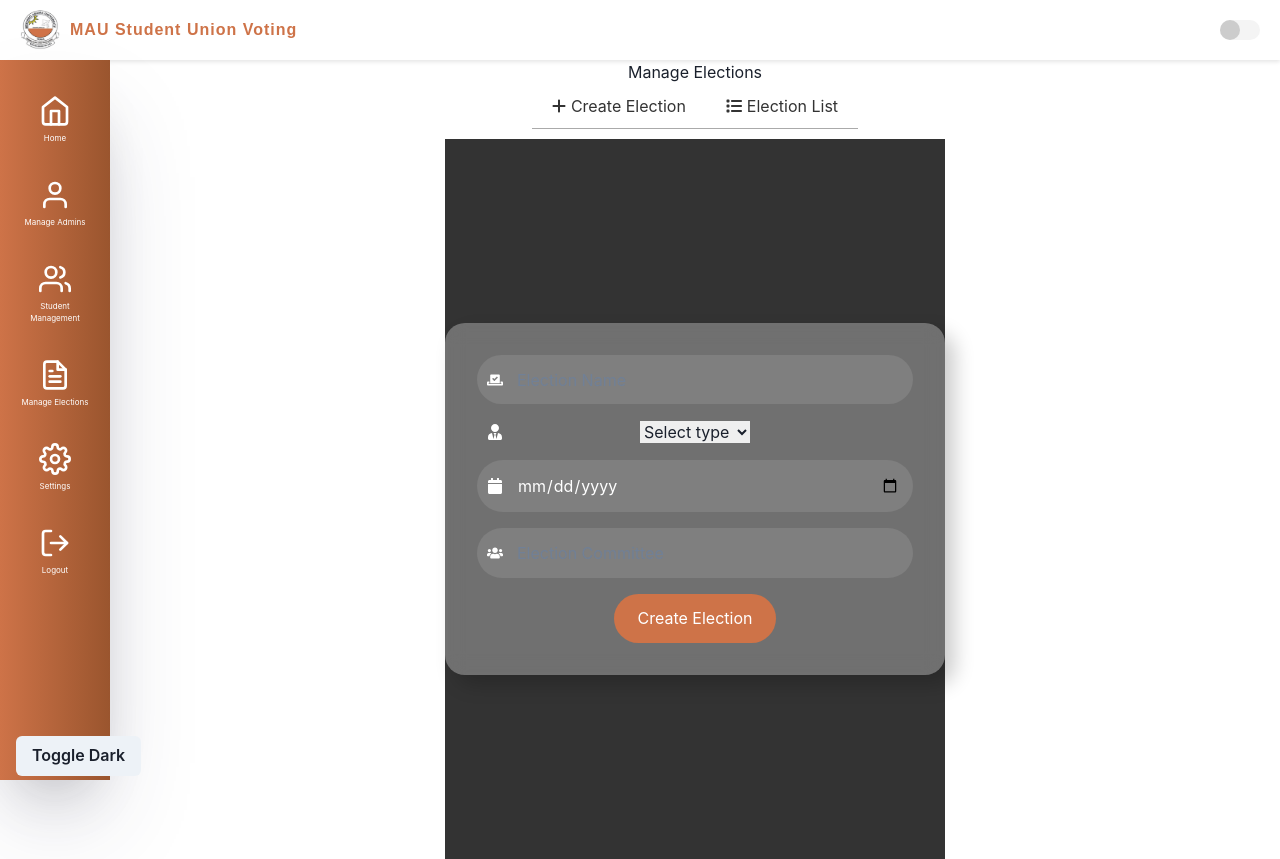
Repository: joena1o/e-vote
Page: /admin-dashboard/manage-elections
These files come from the project's save history. The page is drawn as it stood at one moment and after the next save; the edit follows.
The browser window is 1280 px wide. The pictures show the whole page.
The project was rebuilt for these pictures with package versions that can differ from the ones it lists, and the page was loaded fresh each time. Also part of the build but not shown: src/components/EnhancedLogin.js, src/components/maincontent/RegisterStudents/ManageStudents.js, src/components/maincontent/RegisterStudents/RegisterStudents.js, src/components/maincontent/RegisterStudents/StudentManagement.js, src/components/maincontent/ElectionResults/ViewResults.js, src/components/maincontent/Settings/Settings.js, src/api/index.js, src/components/maincontent/home/Home.styles.js and 5 more.

Above is the page before, as saved 2023-10-20 07:57:10.

After the next save:
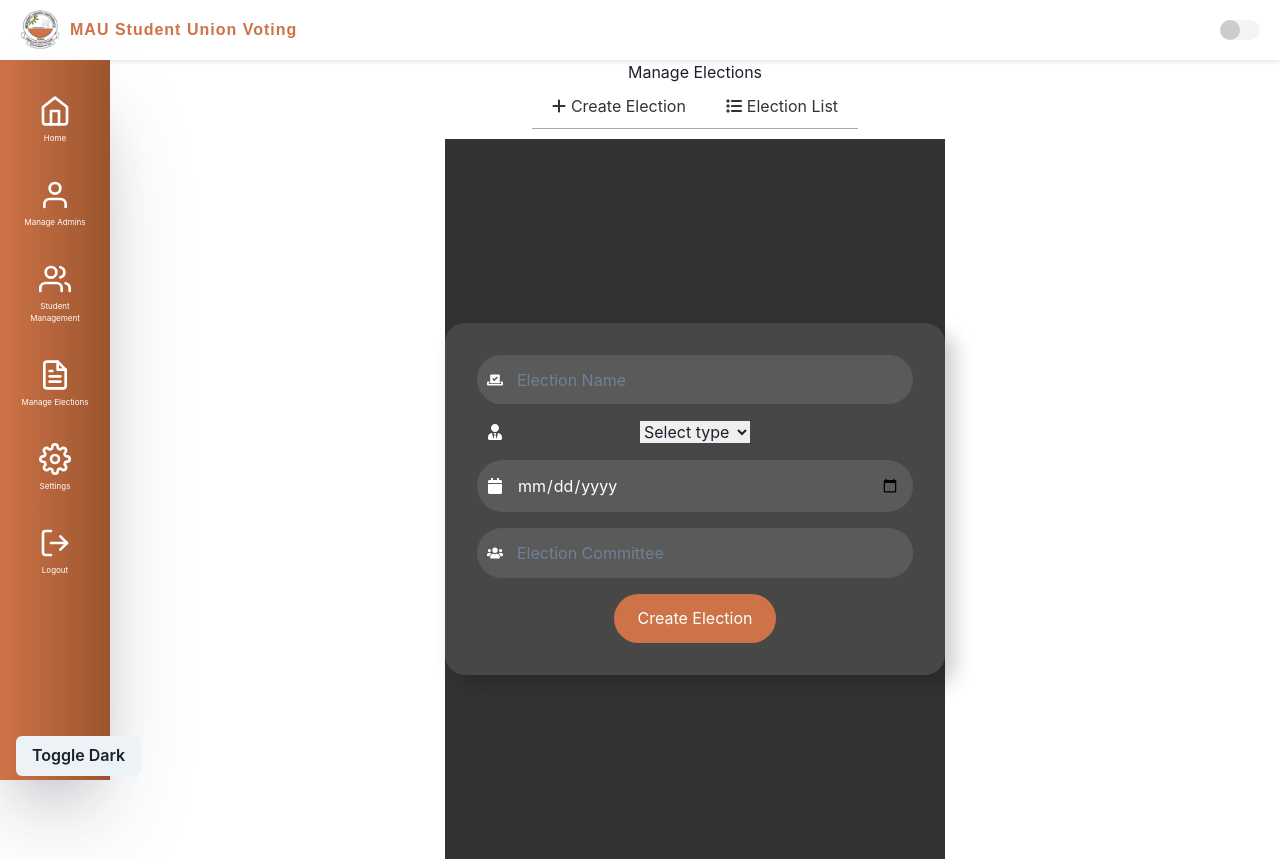
Not found: admin-dashboard/path_to_your_background_image.jpg
Saved 5 min 6 s later.
--- a/src/components/maincontent/ManageElections/CreateElection.js
+++ b/src/components/maincontent/ManageElections/CreateElection.js
@@ -10,17 +10,19 @@ const Container = styled.div`
   align-items: center;
   height: 100vh;
   background-color: #333;
+  background-image: url('path_to_your_background_image.jpg'); // Add your background image here
+  background-size: cover;
+  background-position: center;
 `;
 
 const Form = styled.form`
-  background: rgba(255,255,255,0.3);
+  background: rgba(255,255,255,0.1); // Making the form transparent
   padding: 2em;
   border-radius: 20px;
   backdrop-filter: blur(10px);
   width: 500px;
   box-shadow: 10px 10px 20px rgba(0,0,0,0.2);
 `;
-
 const FormField = styled.div`
   position: relative;
   margin-bottom: 1em;
